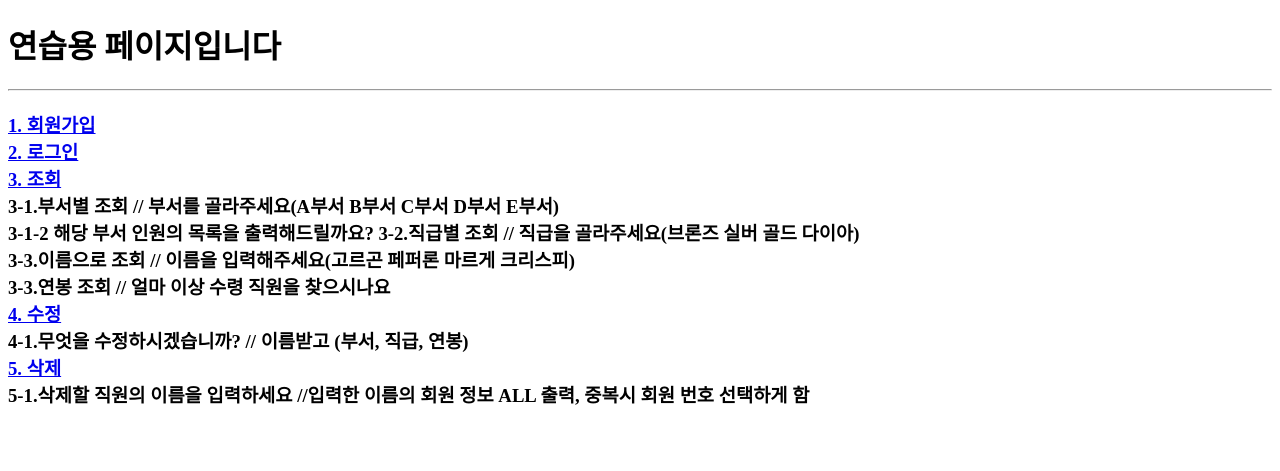
Repository: loseminho/khAcademy-Study
Page: http://localhost/02_SpringMVC_CRUD_TEST/
The author's editor kept a copy of each file at every save. The page is drawn from the files as they stood at one save, then again after the next save.
The browser window is 1280 px wide. The pictures show the whole page.
The page is served by Tomcat 9.

Above is the page before, as saved 2022-09-30 09:13:53.

After the next save:
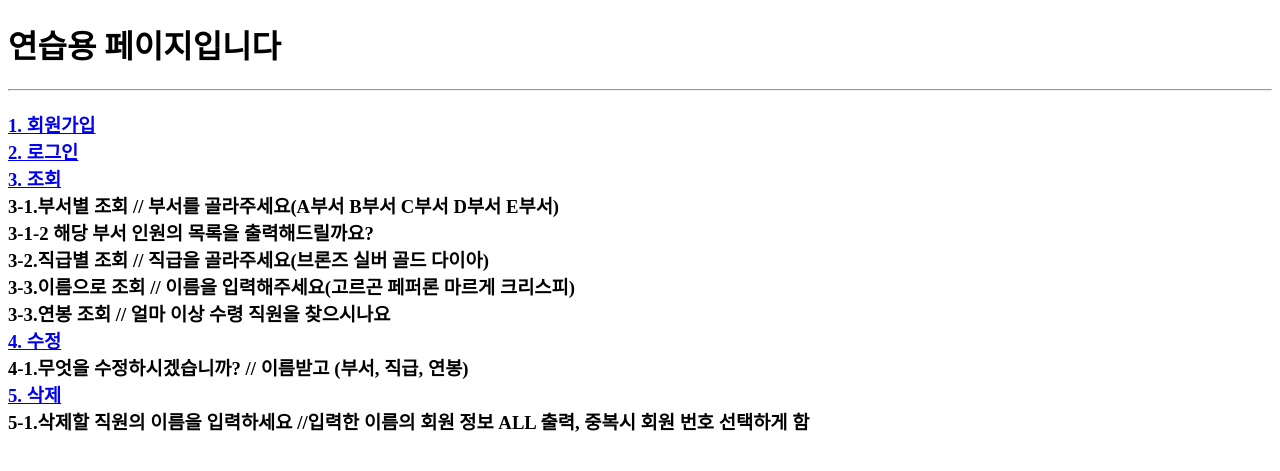
Saved 38 s later.
--- a/spring/workspace-sts-3.9.13.RELEASE/02_SpringMVC_CRUD_TEST/src/main/webapp/index.jsp
+++ b/spring/workspace-sts-3.9.13.RELEASE/02_SpringMVC_CRUD_TEST/src/main/webapp/index.jsp
@@ -14,7 +14,7 @@
 		<a href="/">2. 로그인</a><br>
 		<a href="/">3. 조회</a><br>
 		3-1.부서별 조회 // 부서를 골라주세요(A부서  B부서  C부서  D부서  E부서)<br>
-		3-1-2 해당 부서 인원의 목록을 출력해드릴까요?
+		3-1-2 해당 부서 인원의 목록을 출력해드릴까요?<br>
 		3-2.직급별 조회 // 직급을 골라주세요(브론즈 실버 골드 다이아)<br>
 		3-3.이름으로 조회 // 이름을 입력해주세요(고르곤 페퍼론 마르게 크리스피)<br>
 		3-3.연봉 조회 // 얼마 이상 수령 직원을 찾으시나요<br>
